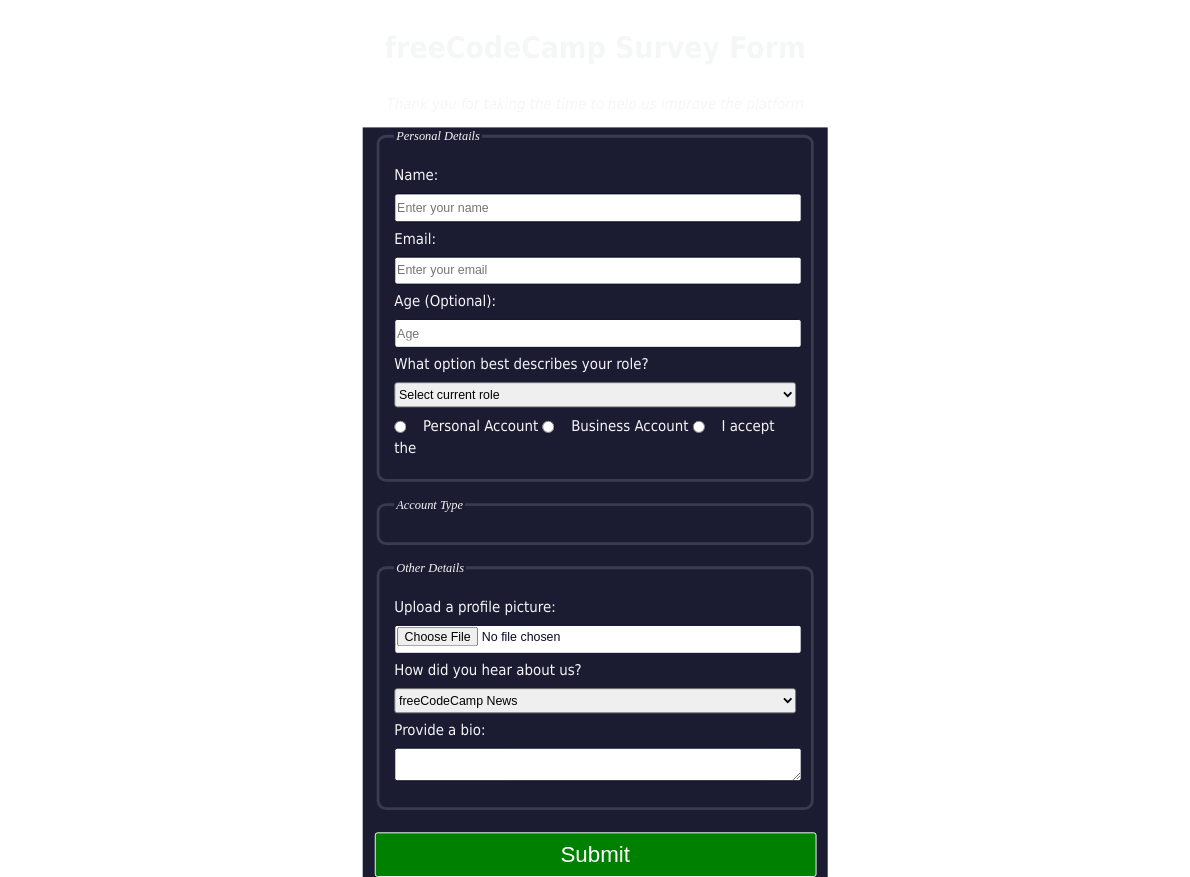
Repository: Lungdjos/survey_form_certification
Page: index.html
These files come from the project's save history. The page is drawn as it stood at one moment and after the next save; the edit follows.
The browser window is 1280 px wide. The pictures show the whole page, at 93% of full size.

Above is the page before, as saved 2023-09-30 02:37:53.

### index.html
<!DOCTYPE html>
<html lang="en">

<head>
    <meta charset="UTF-8">
    <meta name="viewport" content="width=device-width, initial-scale=1.0">
    <title>Survey Form</title>
    <link rel="stylesheet" href="styles.css">
</head>

<body>
    <h1>freeCodeCamp Survey Form </h1>
    <p>Thank you for taking the time to help us improve the platform</p>
    <form action="https://register-demo.freecodecamp.org" method="post">
        <fieldset>
            <legend> <small>Personal Details</small> </legend>
            <label for="name">Name: <input type="text" id="name" name="name" placeholder="Enter your name" required> </label>
            <label for="email">Email: <input type="email" id="email" name="email" placeholder="Enter your email" required> </label>
            <label for="age">Age (Optional): <input type="number" name="age" id="age" min="13" max="100" placeholder="Age"> </label>
            <label for="referrer"> What option best describes your role?
                <select name="referrer" id="referrer">
                    <option value="">Select current role</option>
                    <option value="1"  name="news">Student</option>
                    <option value="2" name="youtube" >Full Time Job</option>
                    <option value="3" name="forum" >Full Time Learner</option>
                    <option value="4" name="other" >Prefer not to say</option>
                    <option value="5" name="other" >Other</option>
                </select>
            </label>
            <label for="">
                <input class="inline" type="radio" name="account-type" id="personal-account" selected> Personal Account
                <input class="inline" type="radio" name="account-type" id="business-account"> Business Account
                <input class="inline" type="radio" name="ts-and-cs" id="terms-and-conditions" required> I accept the
        </fieldset>
        <fieldset>
            <legend> <small>Account Type</small></legend>

        </fieldset>
        <fieldset>
            <legend> <small>Other Details</small></legend>
            <label for="profile-pic">Upload a profile picture: <input type="file" name="profile-piture" id="profile-pic"></label>


            <label for="referrer"> How did you hear about us?
                <select name="referrer" id="referrer">
                    <option value="">(select one)</option>
                    <option value="1" selected name="news">freeCodeCamp News</option>
                    <option value="2" name="youtube" >freeCodeCamp YouTube Channel</option>
                    <option value="3" name="forum" >freeCodeCamp Forum</option>
                    <option value="4" name="other" >Other</option>
                </select>
            </label>
            <label for="bio">Provide a bio:
                <textarea name="biography" id="bio" cols="50" rows="2" placeholder="I like coding on the beach..." >
                </textarea>
            </label>
        </fieldset>

        <input type="submit" value="Submit" name="submit" id="submit-btn">
    </form>
</body>

</html>

### styles.css
/* designs for the survey form */


/* CSS for the Registration Form */

body {
    width: 100%;
    height: 100vh;
    /* will need to set the value to */
    margin: 15px 0 15px 0;
    color: #f5f6f7;
    font-size: 16px;
    font-family: Tahoma;
}

label {
    display: block;
    margin: .5rem 0;
}

a {
    color: #dfdfe2;
}

a:hover {
    color: blanchedalmond;
    text-decoration: none;
}

a:active {
    color: #0a0a23;
}

form {}

fieldset {
    margin: 15px;
    border-radius: 10px;
    border: 3px solid #3b3b4f;
    padding: 1rem;
}


/* gets the last element and take effects */


/* fieldset:last-of-type {
    border: none;
} */

input,
textarea,
select {
    margin: 10px 0 0 0;
    width: 100%;
    border-radius: 3px;
    min-height: 2em;
}

input,
textarea {
    background-color: #fff;
    border: 1px solid #0a0a23;
    color: #0a0a23;
    ;
}

.inline {
    width: unset;
    margin: 0 1em 0 0;
    vertical-align: middle;
}

legend {
    font-style: italic;
    font-family: 'Times New Roman', Times, serif;
}

h1,
p {
    margin: 1em auto;
    text-align: center;
}

p {
    font-style: italic;
}

form {
    /* margin: 0px 30px 0px 30px; */
    margin: 0 auto;
    max-width: 500px;
    min-width: 300px;
    width: 60vw;
    background-color: #1b1b32;
}

#submit-btn:hover {
    background-color: blanchedalmond;
    margin-bottom: 2em;
    color: #0a0a23;
    border: 4px solid #3b3b4f;
    border-radius: 8px;
}

input[name="submit"] {
    display: block;
    width: 95%;
    margin: 1em auto;
    height: 2em;
    font-size: 1.5rem;
    background-color: green;
    color: #fff;
    border-color: white;
    min-width: 1em;
}

input[type="file"] {
    min-height: 2em;
    padding: 1px 2px;
}

After the next save:
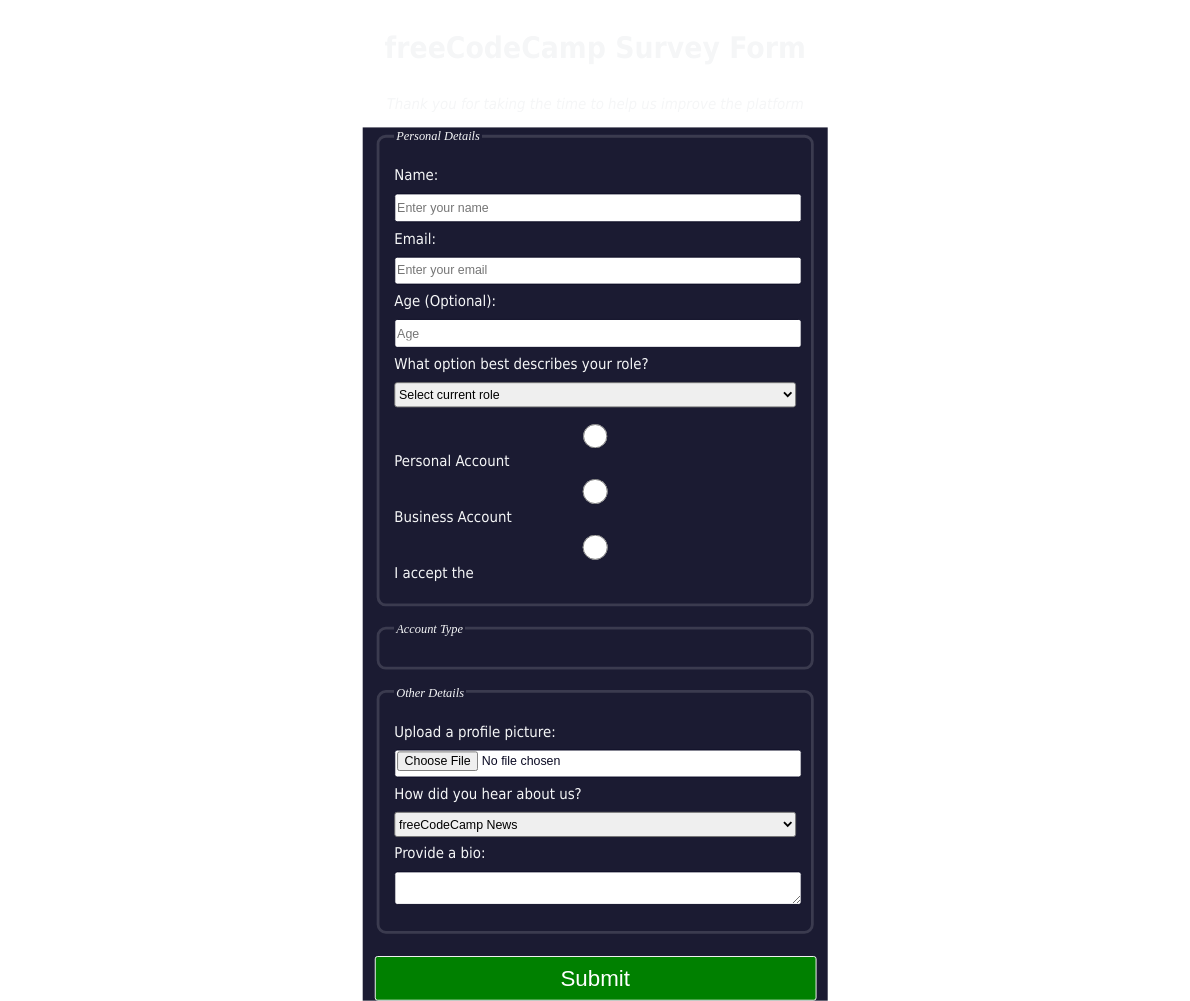
Saved 7 s later.
--- a/styles.css
+++ b/styles.css
@@ -65,7 +65,7 @@
     ;
 }
 
-.inline {
+input .inline {
     width: unset;
     margin: 0 1em 0 0;
     vertical-align: middle;

After the save that followed:
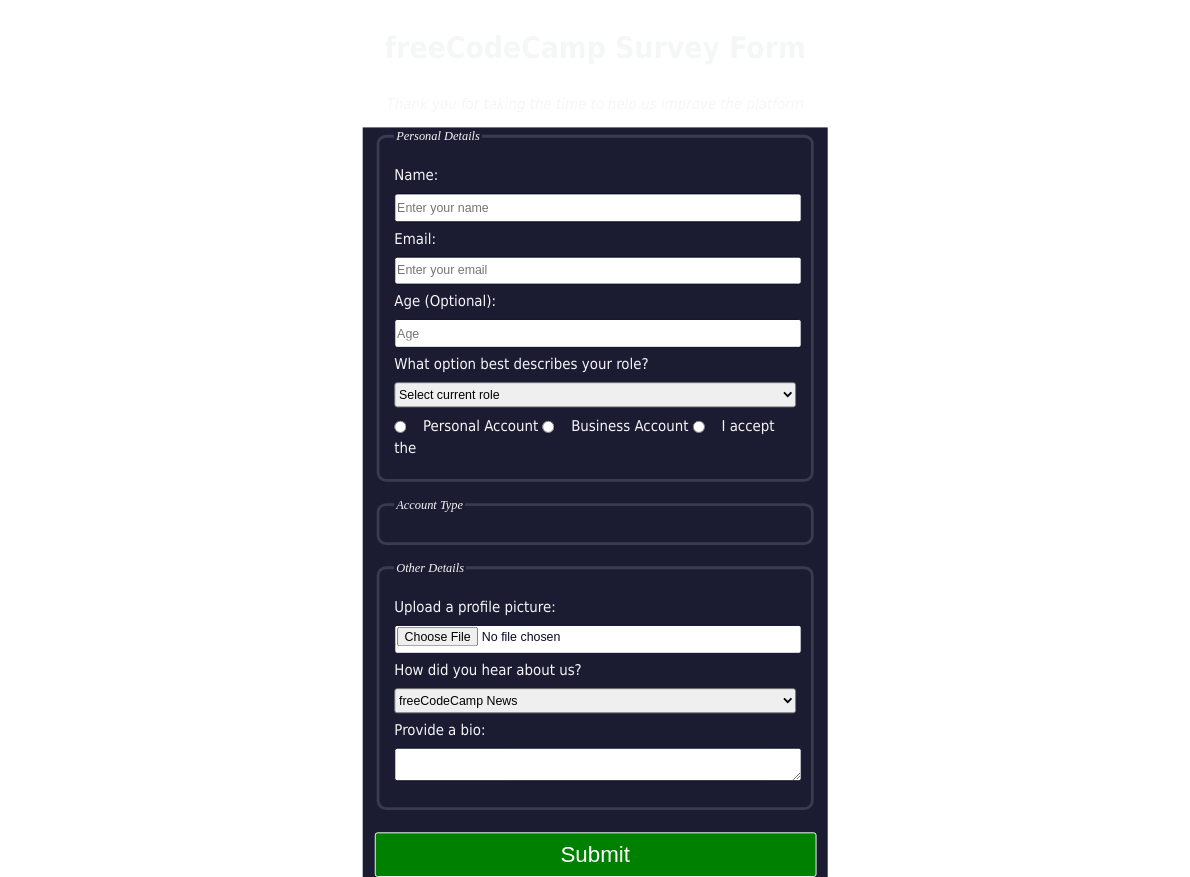
Saved 5 s later.
--- a/styles.css
+++ b/styles.css
@@ -65,7 +65,9 @@
     ;
 }
 
-input .inline {
+input {}
+
+.inline {
     width: unset;
     margin: 0 1em 0 0;
     vertical-align: middle;
